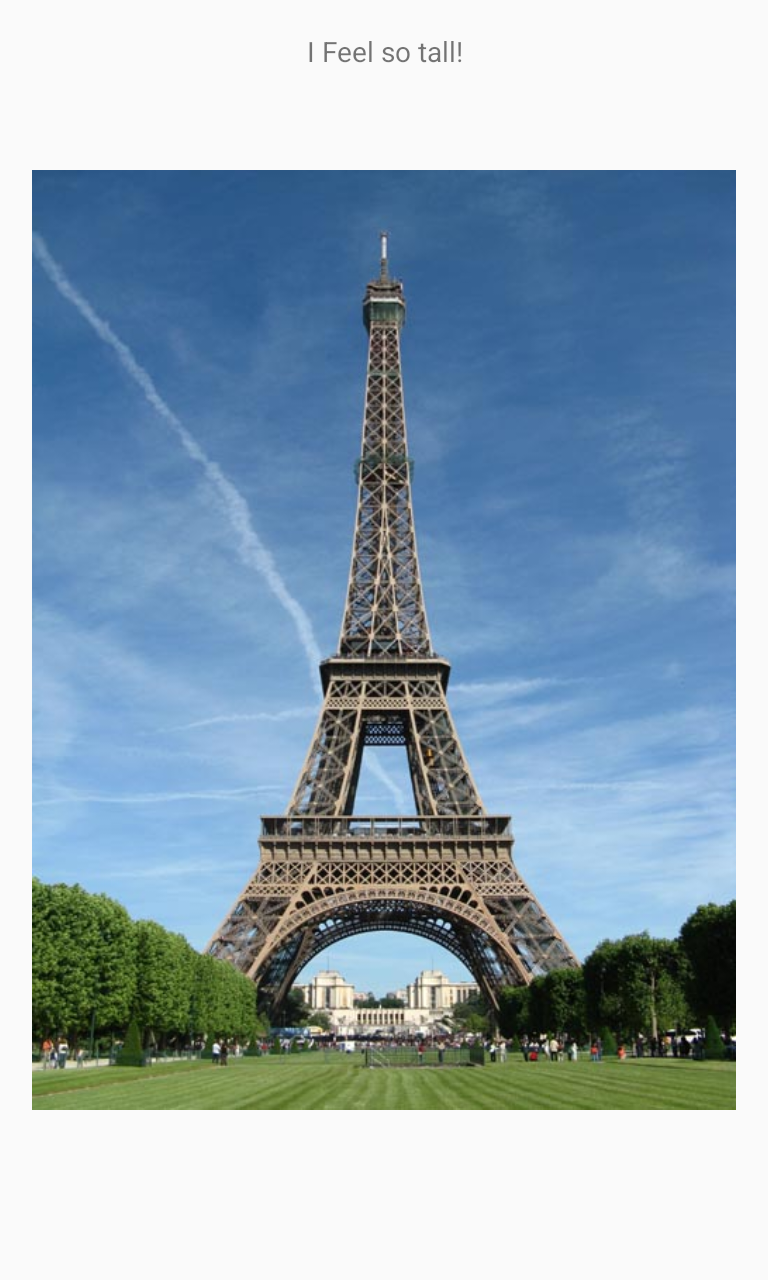
Repository: Smahane/Android_CST407
Layout: HomeWork2/HomeWork2_Resources_State/res/layout/fragment_opinion.xml
The author's editor kept a copy of each file at every save. The layout is drawn from the files as they stood at one save, then again after the next save.
It is drawn on a 768 x 1280 px phone screen (xhdpi) without system bars, with theme AppTheme; the app's code is not run.

Above is the layout before, as saved 2014-07-20 17:40:20.

After the next save:
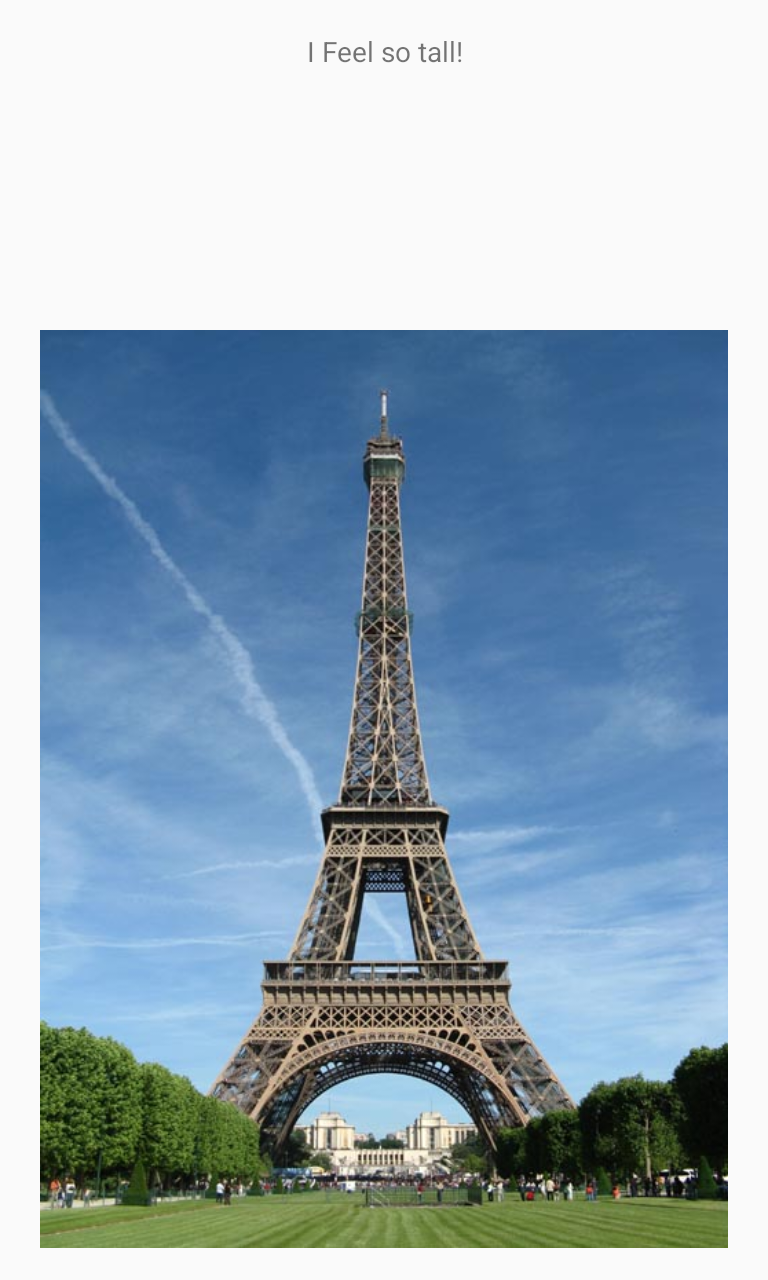
Saved 103 s later.
--- a/HomeWork2/HomeWork2_Resources_State/res/layout/fragment_opinion.xml
+++ b/HomeWork2/HomeWork2_Resources_State/res/layout/fragment_opinion.xml
@@ -19,8 +19,11 @@
         android:id="@+id/imageView1"
         android:layout_width="wrap_content"
         android:layout_height="wrap_content"
-        android:layout_alignParentLeft="true"
-        android:layout_alignTop="@+id/textView1"
+        android:layout_alignLeft="@+id/textView1"
+        android:layout_below="@+id/textView1"
+        android:layout_marginTop="130dp"
+        android:layout_centerVertical="false"
+        android:layout_centerHorizontal="true"
         android:src="@drawable/eiffeltower" />
 
 </RelativeLayout>
